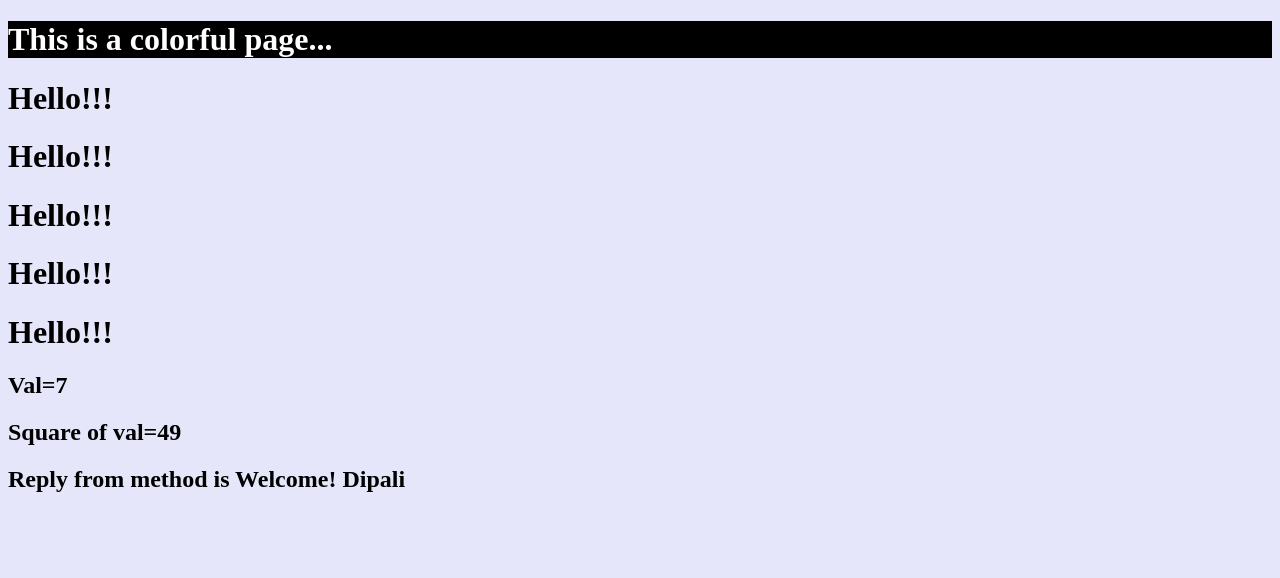
Repository: ShrikantSarode/AdvanceJava
Page: http://localhost/Web_Project/jsp_tag.jsp
The author's editor kept a copy of each file at every save. The page is drawn from the files as they stood at one save, then again after the next save.
The browser window is 1280 px wide. The pictures show the whole page.
The page is served by Tomcat 10.

Above is the page before, as saved 2024-11-29 08:53:15.

After the next save:
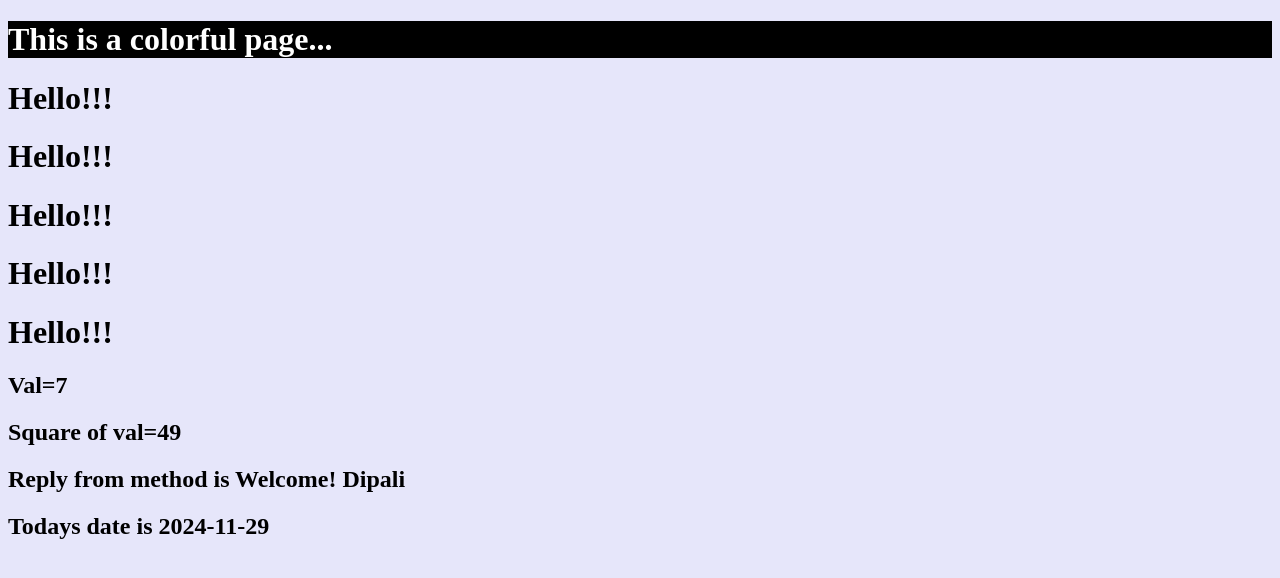
Saved 63 s later.
--- a/AJ backup/Web Based Java/Workspace/Web_Project/src/main/webapp/jsp_tag.jsp
+++ b/AJ backup/Web Based Java/Workspace/Web_Project/src/main/webapp/jsp_tag.jsp
@@ -32,7 +32,8 @@
 		<%=sayWelcome("Dipali")%></h2>
 	<%--Creating a LocalDate object for system date --%>
 	<%
-
+		LocalDate today = LocalDate.now();
 	%>
+	<h2>Todays date is <%=today %></h2>
 </body>
 </html>
